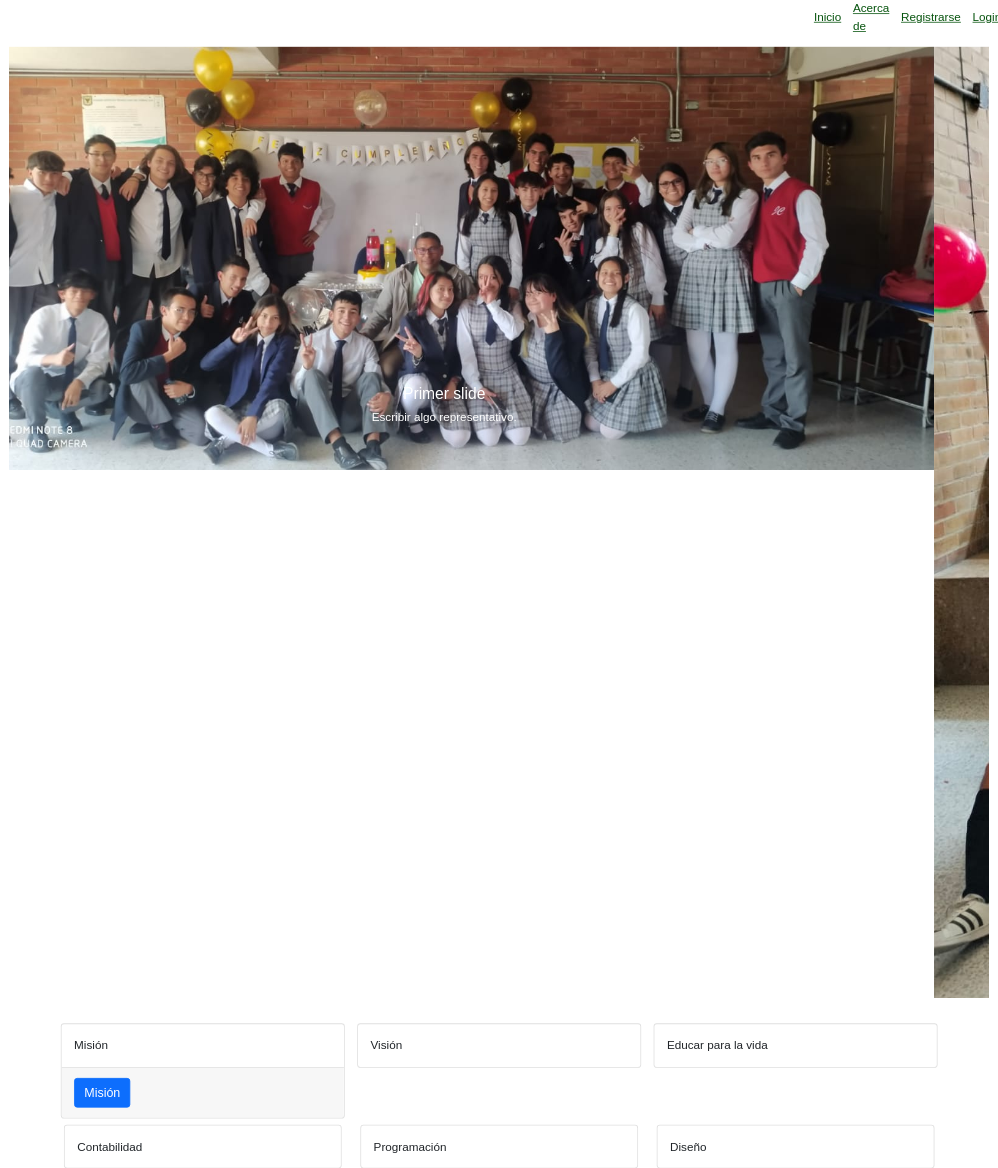
Repository: AntonnySant/webColegio
Page: index.html
An editor plug-in stored every save of this project. The page is shown before and after the next save, followed by the edit.
The browser window is 1280 px wide. The pictures show the whole page, at 78% of full size.

Above is the page before, as saved 2023-10-17 17:10:59.
Console error: TypeError: Cannot set properties of null (setting 'onclick')

### index.html
<!DOCTYPE html>
<html lang="en">

<head>
    <meta charset="UTF-8">
    <meta http-equiv="X-UA-Compatible" content="IE=edge">
    <meta name="viewport" content="width=device-width, initial-scale=1.0">
    <!-- Compiled and minified CSS -->
    <link href="https://cdn.jsdelivr.net/npm/bootstrap@5.0.2/dist/css/bootstrap.min.css" rel="stylesheet"
        integrity="sha384-EVSTQN3/azprG1Anm3QDgpJLIm9Nao0Yz1ztcQTwFspd3yD65VohhpuuCOmLASjC" crossorigin="anonymous">
    <link rel="stylesheet" type="text/css" href="./styles.css">

    <title>Document</title>
</head>

<body>
    <header class="header">
        <!-- <img src="https://juandelcorral.edu.co/wp-content/uploads/2023/03/escudo_2019_verde_fondo-670x1024.png"
            id="img_logo" alt="">
        <p>COLEGIO I.T.D. JUAN DEL CORRAL I.E.D.</p> -->
        <nav>
            <ul class="nav-right-section">
                <li><a href="#">Inicio</a></li>
                <li><a href="#">Acerca de</a></li>
                <li><a href="#">Registrarse</a>
                    <!-- <button id="openModal">Registrarse</button>
                    <div id="registrationModal" class="modal">
                        <div class="modal-content">
                            <span class="close" id="closeModal">&times;</span>
                            <h2>Registro</h2>
                            <form>
                                <label for="username">Nombre de usuario:</label>
                                <input type="text" id="username" name="username" required>
                                <label for="password">Contraseña:</label>
                                <input type="password" id="password" name="password" required>
                                <button type="submit">Registrarse</button>
                            </form>
                        </div>
                    </div> -->
                </li>
                <li><a href="#">Login</a>
                    <!-- <button id="openModalBtn">Iniciar sesión</button>
                    <div id="loginModal" class="modal">
                        <div class="modal-content">
                            <span class="close" id="closeModalBtn">&times;</span>
                            <h2>Iniciar sesión</h2>
                            <form>
                                <input type="text" placeholder="Usuario">
                                <input type="password" placeholder="Contraseña">
                                <button type="submit">Iniciar sesión</button>
                            </form>
                        </div>
                    </div> -->
                </li>
            </ul>
        </nav>
    </header>






    <div class="container-fluid">
        <!-- Carrosul dinamico con las 4 imagenes  -->
        <!-- <div class="container"> -->
        <div class="row py-4">
            <div id="carrusel" class="carousel slide" data-bs-ride="carousel">
                <div class="carousel-indicators">
                    <button type="button" data-bs-target="#carouselExampleCaptions" data-bs-slide-to="0" class="active"
                        aria-current="true" aria-label="Slide 1"></button>
                    <button type="button" data-bs-target="#carouselExampleCaptions" data-bs-slide-to="1"
                        aria-label="Slide 2"></button>
                    <button type="button" data-bs-target="#carouselExampleCaptions" data-bs-slide-to="2"
                        aria-label="Slide 3"></button>
                    <button type="button" data-bs-target="#carouselExampleCaptions" data-bs-slide-to="3"
                        aria-label="Slide 4"></button>
                </div>
                <div class="carousel-inner">
                    <div class="carousel-item active">
                        <img src="foto1.jpeg" class="d-block w-100 img-fluid" alt="...">
                        <div class="carousel-caption d-none d-md-block">
                            <h5>Primer slide</h5>
                            <p>Escribir algo representativo.</p>
                        </div>
                    </div>
                    <div class="carousel-item">
                        <img src="foto2.jpeg" class="d-block w-100 img-fluid" alt="...">
                        <div class="carousel-caption d-none d-md-block">
                            <h5>Segundo slide</h5>
                            <p>Escribir algo representativo.</p>
                        </div>
                    </div>

                    <div class="carousel-item">
                        <img src="foto3.jpeg" class="d-block w-100 img-fluid" alt="...">
                        <div class="carousel-caption d-none d-md-block">
                            <h5>Tercer slide</h5>
                            <p>Escribir algo representativo.</p>
                        </div>
                    </div>

                    <div class="carousel-item">
                        <img src="foto4.jpeg" class="d-block w-100 img-fluid" alt="...">
                        <div class="carousel-caption d-none d-md-block">
                            <h5>Cuarto slide</h5>
                            <p>Escribir algo representativo.</p>
                        </div>
                    </div>
                </div>
                <button class="carousel-control-prev" type="button" data-bs-target="#carouselExampleCaptions"
                    data-bs-slide="prev">
                    <span class="carousel-control-prev-icon" aria-hidden="true"></span>
                    <span class="visually-hidden">Previous</span>
                </button>
                <button class="carousel-control-next" type="button" data-bs-target="#carouselExampleCaptions"
                    data-bs-slide="next">
                    <span class="carousel-control-next-icon" aria-hidden="true"></span>
                    <span class="visually-hidden">Next</span>
                </button>
                <!-- </div> -->
            </div>
        </div>
        <!--Cierre carrusel-->

        <div class="container">
            <div class="row">
                <div class="col-xs-12 col-md-4 p-2">
                    <div class="card">
                        <div class="card-body">

                            <!-- Button trigger modal -->

                            <a data-bs-toggle="modal" data-bs-target="#exampleModal"> Misión</a>

                            <!-- Modal -->
                            <div class="modal fade" id="exampleModal" tabindex="-1" aria-labelledby="exampleModalLabel"
                                aria-hidden="true">
                                <div class="modal-dialog">
                                    <div class="modal-content">
                                        <div class="modal-header">
                                            <h5 class="modal-title" id="exampleModalLabel">Modal title</h5>
                                            <button type="button" class="btn-close" data-bs-dismiss="modal"
                                                aria-label="Close"></button>
                                        </div>
                                        <div class="modal-body">
                                            ...
                                        </div>

                                    </div>
                                </div>
                            </div>
                        </div>
                        <div class="card-footer">
                            <button type="button" class="btn btn-primary" data-bs-toggle="modal"
                                data-bs-target="#exampleModal">
                                Misión
                            </button>
                        </div>
                    </div>
                </div>
                <div class="col-xs-12 col-md-4 p-2">
                    <div class="card">
                        <div class="card-body">
                            Visión
                            <div class="modal" tabindex="-1">
                                <div class="modal-dialog">
                                    <div class="modal-content">
                                        <div class="modal-header">
                                            <h5 class="modal-title">Modal title</h5>
                                            <button type="button" class="btn-close" data-bs-dismiss="modal"
                                                aria-label="Close"></button>
                                        </div>
                                        <div class="modal-body">
                                            <p>Modal body text goes here.</p>
                                        </div>
                                        <div class="modal-footer">
                                            <button type="button" class="btn btn-secondary"
                                                data-bs-dismiss="modal">Close</button>
                                            <button type="button" class="btn btn-primary">Save changes</button>
                                        </div>
                                    </div>
                                </div>
                            </div>
                        </div>
                    </div>
                </div>
                <div class="col-xs-12 col-md-4 p-2">
                    <div class="card">
                        <div class="card-body">
                            Educar para la vida
                        </div>
                    </div>
                </div>
            </div>
        </div>

        <div class="container">
            <div class="row">
                <div class="col">
                    <div class="card">
                        <div class="card-body">
                            Contabilidad
                        </div>
                    </div>
                </div>
                <div class="col">
                    <div class="card">
                        <div class="card-body">
                            Programación
                        </div>
                    </div>
                </div>
                <div class="col">
                    <div class="card">
                        <div class="card-body">
                            Diseño
                        </div>
                    </div>
                </div>
            </div>
        </div>
    </div>

    <!-- Compiled and minified JavaScript -->
    <script src="https://cdn.jsdelivr.net/npm/bootstrap@5.0.2/dist/js/bootstrap.bundle.min.js"
        integrity="sha384-MrcW6ZMFYlzcLA8Nl+NtUVF0sA7MsXsP1UyJoMp4YLEuNSfAP+JcXn/tWtIaxVXM" crossorigin="anonymous">
    </script>
    <script src="script.js"></script>
</body>

</html>

### styles.css
/* styles.css */
/* Estilos para el encabezado */
body {
    margin: 0;
    padding: 0;
    font-size: 15px;
    font-family: Arial, Helvetica, sans-serif;
}
.carousel-indicators{
  z-index: 1;
}
.header {
    position: fixed;
    /* top: 0;
    left: 0; */
    width: 100%;
    height: 60px;
    background-color: white;
    /* padding: 10px 0; */
    z-index: 1;
  }

  header nav {
    display: flex;
    justify-content: flex-end;
  }

  header nav .nav-right-section {
    width: 250px;
    height: auto;
    display: flex;
    list-style: none;
    justify-content: center;
    align-items: center;
  }

  nav .nav-right-section a {
    /* text-decoration: none; */
    margin-right: 15px;
    color: #07540E;
  }

  /* .header ul {
    list-style: none;
    margin: 0;
    padding: 0;
    float: right;
    margin: 15px;
  }

  .header ul li {
    display: flex;
    margin-right: 20px;
  }

  .header ul li:last-child {
    margin-right: 0;
  } */

  header p{
    margin-top: 15px;
    font-family: Arial, Helvetica, sans-serif;
    font-size: 36px;
    text-align: left;
    color: #07540E;

  }

  /* .content {
    margin-top: 60px;
  } */

  #carrusel {
    /* z-index: -2; */
  }

.modal {
    display: none;
    position: fixed;
    top: 0;
    left: 0;
    width: 100%;
    height: 100%;
    background-color: rgba(0,0,0,0.5);
  }

  .modal-content {
    background-color: #fff;
    margin: 10% auto;
    padding: 20px;
    width: 300px;
    box-shadow: 0 4px 8px 0 rgba(0,0,0,0.2);
  }
  .modal-backdrop{
    z-index: 0;
  }
  .close {
    float: right;
    font-size: 24px;
    cursor: pointer;
  }

  /* Estilos para el modal */
.modal {
    display: none;
    position: fixed;
    z-index: 1;
    left: 0;
    top: 0;
    width: 100%;
    height: 100%;
    background-color: rgba(0,0,0,0.7);
  }

  .modal-content {
    background-color: #fefefe;
    margin: 10% auto;
    padding: 20px;
    border: 1px solid #888;
    width: 50%;
  }

  .close {
    float: right;
    font-size: 20px;
    cursor: pointer;
  }

  /* Estilos para el botón "Registrarse" */
  #openModal {
    display: inline-block;
    padding: 10px 20px;
    background-color: #007bff;
    color: #fff;
    border: none;
    cursor: pointer;
  }

  /* Estilos para el formulario dentro del modal */
  form {
    display: flex;
    flex-direction: column;
  }

  label, input, button {
    margin: 5px 0;
  }

  img {
    height: 600px;
  }

  #img_logo {
    width: 120px;
    height: 140px;
    float: left;
    margin: 15px;
    margin-top: 10px;
  }


  /* Añade estilos adicionales según tu preferencia */

### script.js
// script.js
document.getElementById("openModalBtn").onclick = function() {
    document.getElementById("loginModal").style.display = "block";
  }

  document.getElementById("closeModalBtn").onclick = function() {
    document.getElementById("loginModal").style.display = "none";
  }

  window.onclick = function(event) {
    if (event.target === document.getElementById("loginModal")) {
      document.getElementById("loginModal").style.display = "none";
    }
  }


const openModalButton = document.getElementById("openModal");
const closeModalButton = document.getElementById("closeModal");
const registrationModal = document.getElementById("registrationModal");

openModalButton.addEventListener("click", () => {
  registrationModal.style.display = "block";
});

closeModalButton.addEventListener("click", () => {
  registrationModal.style.display = "none";
});

window.addEventListener("click", (event) => {
  if (event.target === registrationModal) {
    registrationModal.style.display = "none";
  }
});

var myModal = document.getElementById('myModal')
var myInput = document.getElementById('myInput')

myModal.addEventListener('shown.bs.modal', function () {
  myInput.focus()
})

After the next save:
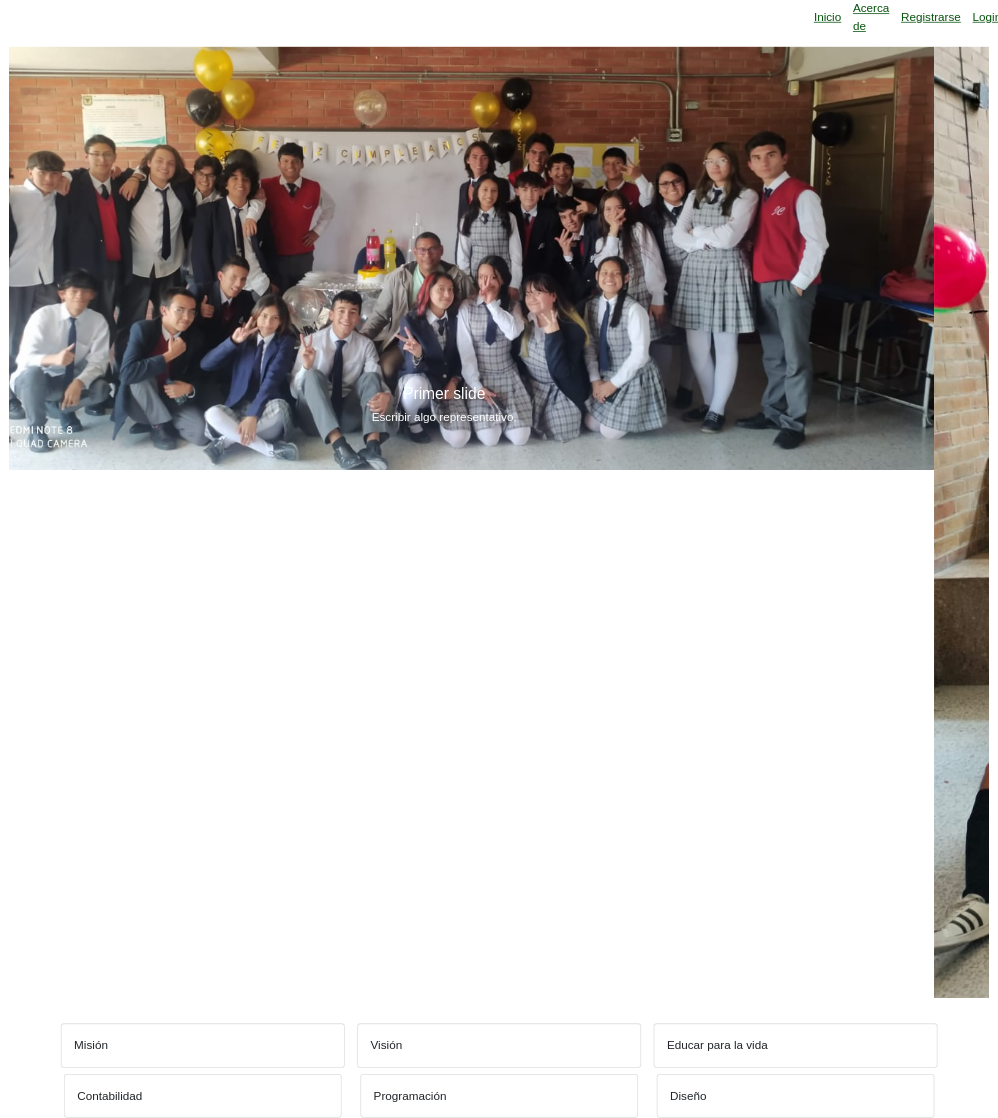
Saved 22 s later.
--- a/index.html
+++ b/index.html
@@ -146,17 +146,16 @@
                                         <div class="modal-body">
                                             ...
                                         </div>
-
+                                        <div class="modal-footer">
+                                            <button type="button" class="btn btn-secondary"
+                                                data-bs-dismiss="modal">Close</button>
+                                            <button type="button" class="btn btn-primary">Save changes</button>
+                                        </div>
                                     </div>
                                 </div>
                             </div>
                         </div>
-                        <div class="card-footer">
-                            <button type="button" class="btn btn-primary" data-bs-toggle="modal"
-                                data-bs-target="#exampleModal">
-                                Misión
-                            </button>
-                        </div>
+
                     </div>
                 </div>
                 <div class="col-xs-12 col-md-4 p-2">
